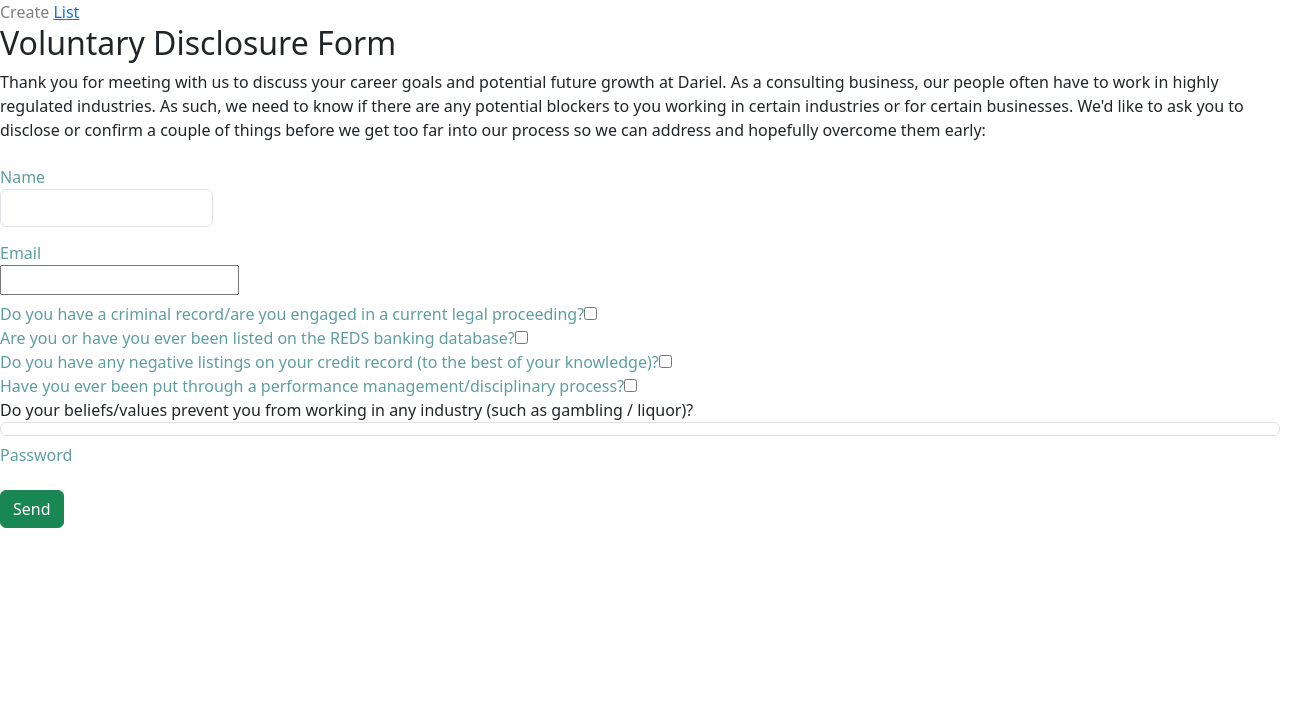
Repository: NtuthukoM/VoluntaryDisclosure
Page: / (app in disclosures-client/)
An editor plug-in stored every save of this project. The page is shown before and after a run of saves, followed by the edit.
The browser window is 1280 px wide. The page is 1292 px wide, so the pictures cover 1292 px, including what lies to the right of the window. The pictures show the whole page.
The project was rebuilt for these pictures with package versions that can differ from the ones it lists, and the page was loaded fresh each time. Also part of the build but not shown: disclosures-client/src/pages/ListDisclosures.js, disclosures-client/src/pages/DisclosureDetails.js, disclosures-client/src/pages/DisclosureSubmitted.js.

Above is the page before, as saved 2023-05-30 20:41:25.

### disclosures-client/public/index.html
<!DOCTYPE html>
<html lang="en">
  <head>
    <meta charset="utf-8" />

    <meta name="viewport" content="width=device-width, initial-scale=1" />
    <meta name="theme-color" content="#000000" />
    <meta
      name="description"
      content="Web site created using create-react-app"
    />
    <link rel="apple-touch-icon" href="%PUBLIC_URL%/logo192.png" />
    <!--
      manifest.json provides metadata used when your web app is installed on a
      user's mobile device or desktop. See https://developers.google.com/web/fundamentals/web-app-manifest/
    -->
    <link rel="manifest" href="%PUBLIC_URL%/manifest.json" />
    <!--
      Notice the use of %PUBLIC_URL% in the tags above.
      It will be replaced with the URL of the `public` folder during the build.
      Only files inside the `public` folder can be referenced from the HTML.

      Unlike "/favicon.ico" or "favicon.ico", "%PUBLIC_URL%/favicon.ico" will
      work correctly both with client-side routing and a non-root public URL.
      Learn how to configure a non-root public URL by running `npm run build`.
    -->
    <title>React App</title>
  </head>
  <body>
    <noscript>You need to enable JavaScript to run this app.</noscript>
    <div id="root"></div>
    <!--
      This HTML file is a template.
      If you open it directly in the browser, you will see an empty page.

      You can add webfonts, meta tags, or analytics to this file.
      The build step will place the bundled scripts into the <body> tag.

      To begin the development, run `npm start` or `yarn start`.
      To create a production bundle, use `npm run build` or `yarn build`.
    -->
  </body>
</html>

### disclosures-client/src/index.js
import React from 'react';
import ReactDOM from 'react-dom/client';
import './bootstrap.css';
// import './index.css';
import App from './App';
import reportWebVitals from './reportWebVitals';

const root = ReactDOM.createRoot(document.getElementById('root'));
root.render(
  <React.StrictMode>
    <App />
  </React.StrictMode>
);

// If you want to start measuring performance in your app, pass a function
// to log results (for example: reportWebVitals(console.log))
// or send to an analytics endpoint. Learn more: https://bit.ly/CRA-vitals
reportWebVitals();

### disclosures-client/src/App.js
import logo from './logo.svg';
import {CreateDisclosures} from './pages/CreateDisclosure';
import {ListDisclosures} from './pages/ListDisclosures';
import {DisclosureDetails} from './pages/DisclosureDetails';
import {DisclosureSubmitted} from './pages/DisclosureSubmitted';
import { BrowserRouter, Routes, Route } from "react-router-dom";
import './App.css';

function App() {
  return (

      <BrowserRouter>
        <Routes>
          <Route path="/" element={<CreateDisclosures/>} />
          <Route path="/list" element={<ListDisclosures/>} />
          <Route path="/submitted" element={<DisclosureSubmitted/>} />
          <Route path="/details/:id" element={<DisclosureDetails/>} />
        </Routes>
      </BrowserRouter>
  );
}

export default App;

### disclosures-client/src/pages/CreateDisclosure.js
import { useState } from "react";
import { discloseUrl} from '../models/models';
import { Nav} from "../components/nav";
import { redirect } from "react-router-dom";

export function CreateDisclosures(){
    const [fullName, setFullName] = useState('');
    const [email, setEmail] = useState('');
    const [criminalRecord, setCriminalRecord] = useState(false);
    const [redsBankingDbListed, setRedsBankingDbListed] = useState(false);
    const [negativeCreditListing, setNegativeCreditListing] = useState(false);
    const [performanceManagementPlaced, setPerformanceManagementPlaced] = useState(false);
    const [ethicalIndustringRestriction, setEthicalIndustringRestriction] = useState(false);
    const [submitting, setSubmitting] = useState(false);

    function onFormSubmit(e){
        e.preventDefault();
        setSubmitting(true);
        let model = {
            fullName: fullName,
            email: email,
            criminalRecord: criminalRecord,
            redsBankingDbListed: redsBankingDbListed,
            negativeCreditListing: negativeCreditListing,
            performanceManagementPlaced: performanceManagementPlaced,
            ethicalIndustringRestriction: ethicalIndustringRestriction
        }
        const ops = {
            method: 'POST',
            headers: {
                "Content-Type": "application/json",
                // 'Content-Type': 'application/x-www-form-urlencoded',
              },
              redirect: "follow", // manual, *follow, error
              referrerPolicy: "no-referrer", // no-referrer, *no-referrer-when-downgrade, origin, origin-when-cross-origin, same-origin, strict-origin, strict-origin-when-cross-origin, unsafe-url
              body: JSON.stringify(model), // body data type must match "Content-Type" header
        };
        const response = fetch(discloseUrl, ops)
        .then(() => {
            setSubmitting(false);
            console.log('redirecting');
           return redirect("/submitted");
        }).catch(exc => console.log(`error ${exc}`));
    }
    return (
        <>
            <Nav />
            <h2>Voluntary Disclosure Form</h2>
            <p>
                Thank you for meeting with us to discuss your career goals and potential future growth at Dariel.
                As a consulting business, our people often have to work in highly regulated industries.
                As such, we need to know if there are any potential blockers to you working in certain industries or for certain businesses.
                We'd like to ask you to disclose or confirm a couple of things before we get too far into our process so we can address and hopefully overcome them early:
            </p>
            <form onSubmit={onFormSubmit}>


            <div className="form-group">
                <label className="col-sm-2 col-form-label">
                    Name
                    <input className="form-control" type="text" value={fullName} onChange={(e) => setFullName(e.target.value) } disabled={submitting} />
                </label>
            </div>

            <div>
                <label className="col-sm-2 col-form-label">
                    Email
                    <input type="text" value={email} onChange={e => setEmail(e.target.value)} disabled={submitting}  />
                </label>
            </div>


            <div>
                <label>
                    Do you have a criminal record/are you engaged in a current legal proceeding?
                    <input type="checkbox" value={criminalRecord} onChange={e => {
                        setCriminalRecord(!criminalRecord);
                        }}  disabled={submitting} />
                </label>
            </div>
            <div>
                <label>
                Are you or have you ever been listed on the REDS banking database?
                    <input type="checkbox"  value={redsBankingDbListed} onChange={e => {
                        setRedsBankingDbListed(!redsBankingDbListed);
                        }}  disabled={submitting} />
                </label>
            </div>
            <div>
                <label>
                Do you have any negative listings on your credit record (to the best of your knowledge)?
                    <input type="checkbox"  value={negativeCreditListing} onChange={e => {
                        setNegativeCreditListing(!negativeCreditListing);
                        }}  disabled={submitting} />
                </label>
            </div>
            <div>
                <label>
                Have you ever been put through a performance management/disciplinary process?
                    <input type="checkbox"  value={performanceManagementPlaced} onChange={e => {
                        setPerformanceManagementPlaced(!performanceManagementPlaced);
                        }}  disabled={submitting} />
                </label>
            </div>
            <div>
                <label>
                </label>
                Do your beliefs/values prevent you from working in any industry (such as gambling / liquor)?
                    <input type="checkbox" className="form-control"  value={ethicalIndustringRestriction} onChange={e => {
                        setEthicalIndustringRestriction(!ethicalIndustringRestriction);
                        }}  disabled={submitting} />
            </div>
            <div class="mb-3 row">
    <label for="inputPassword" className="col-sm-2 col-form-label">Password</label>
    <div className="col-sm-10">

    </div>
  </div>
            <div>
                <button className="btn btn-success" disabled={submitting}>Send</button>
            </div>
             </form>
        </>
    );
}

### disclosures-client/src/App.css
.App {
  text-align: center;
}

.active {
  color: gray;
  text-decoration: none;
  cursor: default;
}

label {
  color: cadetblue;
}

.App-logo {
  height: 40vmin;
  pointer-events: none;
}

@media (prefers-reduced-motion: no-preference) {
  .App-logo {
    animation: App-logo-spin infinite 20s linear;
  }
}

.App-header {
  background-color: #282c34;
  min-height: 100vh;
  display: flex;
  flex-direction: column;
  align-items: center;
  justify-content: center;
  font-size: calc(10px + 2vmin);
  color: white;
}

.App-link {
  color: #61dafb;
}

@keyframes App-logo-spin {
  from {
    transform: rotate(0deg);
  }
  to {
    transform: rotate(360deg);
  }
}

### disclosures-client/src/models/models.js
export const discloseUrl = 'https://localhost:7163/api/Disclosures';

### disclosures-client/src/components/nav.js
import {NavLink} from "react-router-dom"

export function Nav(){
    return (
        <>
            <nav>
                <NavLink to="/" className={({isActive}) => isActive ? "active" : "go-to"}>Create </NavLink>
                <NavLink to="/list" className={({isActive}) => isActive ? "active" : ""}>List </NavLink>
            </nav>
        </>
    )
}

Loaded but not shown: disclosures-client/src/bootstrap.css (library); disclosures-client/src/reportWebVitals.js (common file)

After the next 4 saves:
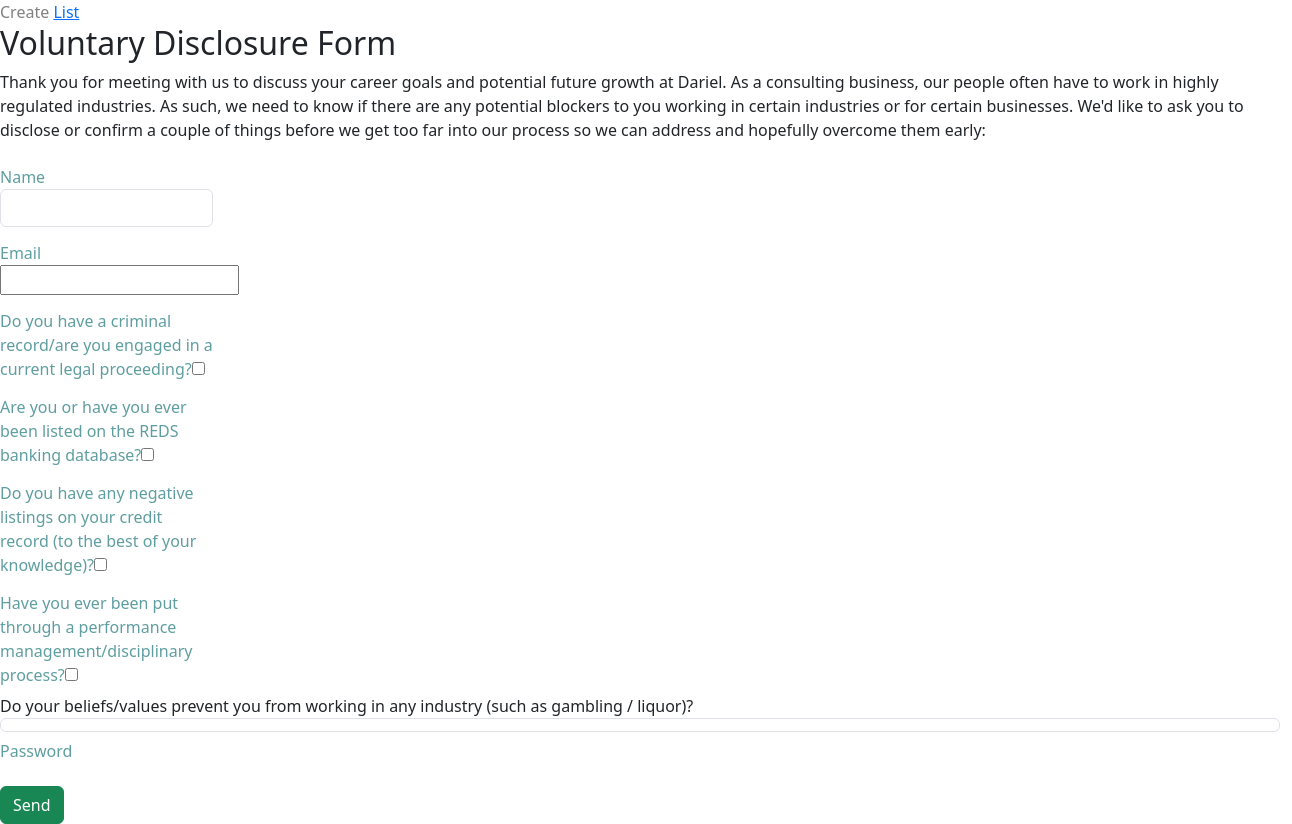
The 4 saves are shown as one change because they came seconds apart.
The last was saved 13 s later.
--- a/disclosures-client/src/pages/CreateDisclosure.js
+++ b/disclosures-client/src/pages/CreateDisclosure.js
@@ -71,7 +71,7 @@ export function CreateDisclosures(){
 
 
             <div>
-                <label>
+                <label className="col-sm-2 col-form-label">
                     Do you have a criminal record/are you engaged in a current legal proceeding?
                     <input type="checkbox" value={criminalRecord} onChange={e => {
                         setCriminalRecord(!criminalRecord);
@@ -79,7 +79,7 @@ export function CreateDisclosures(){
                 </label>
             </div>
             <div>
-                <label>
+                <label className="col-sm-2 col-form-label">
                 Are you or have you ever been listed on the REDS banking database?
                     <input type="checkbox"  value={redsBankingDbListed} onChange={e => {
                         setRedsBankingDbListed(!redsBankingDbListed);
@@ -87,7 +87,7 @@ export function CreateDisclosures(){
                 </label>
             </div>
             <div>
-                <label>
+                <label className="col-sm-2 col-form-label">
                 Do you have any negative listings on your credit record (to the best of your knowledge)?
                     <input type="checkbox"  value={negativeCreditListing} onChange={e => {
                         setNegativeCreditListing(!negativeCreditListing);
@@ -95,7 +95,7 @@ export function CreateDisclosures(){
                 </label>
             </div>
             <div>
-                <label>
+                <label className="col-sm-2 col-form-label">
                 Have you ever been put through a performance management/disciplinary process?
                     <input type="checkbox"  value={performanceManagementPlaced} onChange={e => {
                         setPerformanceManagementPlaced(!performanceManagementPlaced);
